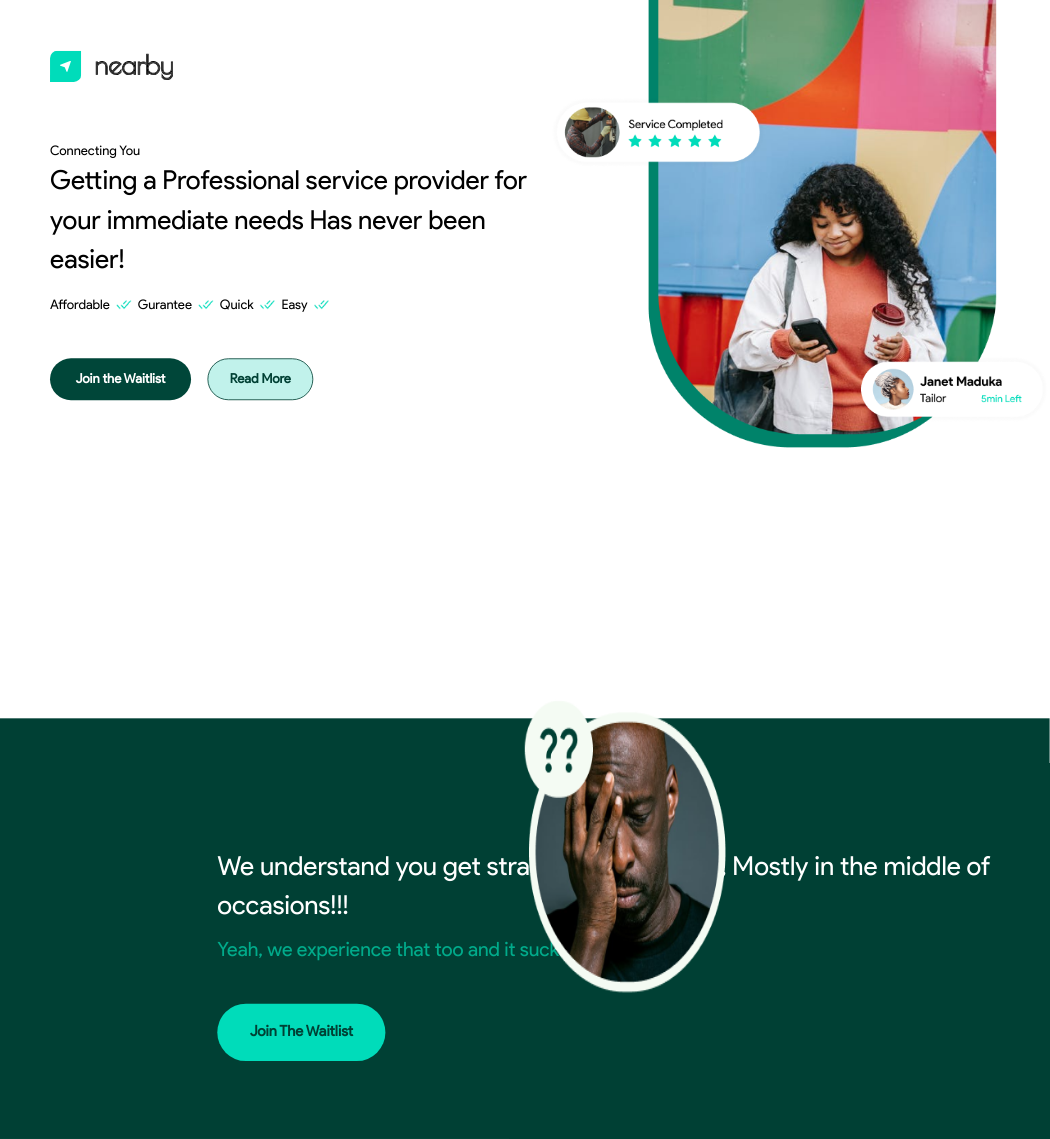
Repository: Eugene44-hub/Mearby
Page: /
The author's editor kept a copy of each file at every save. The page is drawn from the files as they stood at one save, then again after the next save.
The browser window is 1280 px wide. The pictures show the whole page, at 82% of full size.
The project was rebuilt for these pictures with package versions that can differ from the ones it lists, and the page was loaded fresh each time.

Above is the page before, as saved 2022-04-30 07:09:10.

### src/App.tsx
import React from 'react';
import Hero from './components/hero/Hero';
import Nav from './components/nav/Nav';
import LandingPage from './pages/landing/LandingPage';

function App() {
  return (
   <>
<Nav/>
<LandingPage/>
</>

);
}

export default App;

### src/components/nav/Nav.tsx
import React from 'react';
import send from '../../assets/images/send.svg';
import nearby from '../../assets/images/nearby logo.svg';
import styles from "./Nav.module.css"
const Nav = () => {
	return (
		<nav className={`md:h-auto h-[96.57px] ${styles.nav} flex`}>
			<header className="m-auto block md:hidden">
				<div className="flex justify-center">
					<img
						src={send}
						className="bg-[#00DCBA] mr-[16.79px] p-3 rounded-tl-[8.91471px] rounded-br-[8.91471px]"
						alt="send"
					/>
					<img src={nearby} alt="send" />
				</div>
			</header>
		</nav>
	);
};

export default Nav;

### src/pages/landing/LandingPage.tsx
import React from 'react'
import Hero from '../../components/hero/Hero';
import Understand from '../../components/understand/Understand';
const LandingPage = () => {
  return (
    <>

    <Hero/>
    <Understand/>
    </>
  )
}

export default LandingPage

### src/components/nav/Nav.module.css
@media screen and (max-width:768px) {
    .nav{
/* display: none; */
/* bg-[#014034] */
background-color:#014034;
}
}

### src/components/hero/Hero.tsx
import React from 'react';
import styles from './Hero.module.css';
import checked from '../../assets/images/checked.png';
import heroImg from '../../assets/images/heroImg.png';
import send from '../../assets/images/send.svg';
import nearby from '../../assets/images/nearbyDark.svg';

const Hero = () => {
	const minorText: string[] = [ 'affordable', 'gurantee', 'quick', 'easy' ];
	return (
		<section className=" md:pl-[61px]">
			<div className={`${styles.container} md:flex justify-between`}>
				<div className={`${styles.heroContainer} mb-[3rem] flex flex-wrap md:w-[50%]`}>
					<div className="md:flex w-[20%] hidden mt-[62px] items-center">
						<img
							src={send}
							className="bg-[#00DCBA] w-[100%] mr-[16.79px] p-3 rounded-tl-[8.91471px] rounded-br-[8.91471px]"
							alt="send"
						/>
						<img src={nearby} alt="send" />
					</div>

					<div className="m-auto">
						<h2 className={` ${styles.connectHead} flex items-end md:h-[95.5px]`}>Connecting You</h2>
						<p className={`text-[2rem] ${styles.connectText}`}>
							Getting a Professional service provider for your immediate needs Has never been easier!
						</p>
					</div>

					<ul className={`${styles.connectList} mt-5 flex justify-between `}>
						{minorText.map((item, index) => (
							<li key={index} className="flex items-center capitalize mr-2">
								{item} <img src={checked} className="w-[18px] ml-2" alt="checked" />
							</li>
						))}
					</ul>

					<div className="w-[100%] md:pt-[53px] md:px-0 p-5">
						<button className="bg-[#004639] font-bold w-[172px] h-[51px] text-white mr-5 rounded-[50px]">
							Join the Waitlist
						</button>
						<button className="bg-[#C1F2EB] font-bold w-[129px] h-[51px] rounded-[50px] text-[#004034] border border-[#004034] capitalize">
							read more
						</button>
					</div>
				</div>
				<div className="md:w-[50%]">
					<img src={heroImg} className={styles.heroImg} alt="" />
				</div>
			</div>
		</section>
	);
};

export default Hero;
// wKcVoY0oBaK0dDUj5
// yX2Q8nskPsN4AjVkAPMBM

### src/components/understand/Understand.tsx
import React from 'react'
import understand from "../../assets/images/understand.png"
import WaitLight from "../../components/Buttons/WaitLight"
const Understand = () => {
  return (
    <div className='bg-[#004034] px-5 pt-[9.75rem] md:flex relative mt-[20rem]'>

  <img src={understand} className="md:relative  translate-y-[-50%] left-[50%] " alt="understand" />

<div>
<div>
  <p className='text-[2rem] text-white'>
  We understand you get stranded sometimes, Mostly in the middle of occasions!!!
  </p>
  <p className='mt-3 text-[1.5rem] text-[#01AB8B] '>
  Yeah, we experience that too and it sucks and that’s why  </p>
</div>

<div className='pt-[3rem] pb-[5.938rem]'>
<WaitLight/>
</div>

</div>



    </div>
  )
}

export default Understand

### src/components/hero/Hero.module.css
.container{
height: 812px;
background-image: url(../../assets/images/mobileHero.png);
background-repeat: no-repeat;
background-position: center;
background-size: 133% 100%;
}


.heroImg{
    display: none;
    width: 100%;
}
.heroContainer{
    /* background-color: black; */
    color: white;

}
.connectHead,.connectText,.connectList{
    padding: 20px;

}
@media screen and (min-width:600px) {
    .container{
    background-image:none;
    height: auto;
}
.connectHead{
    background-color: none;
}
.heroImg{
    display: block;
}
.connectHead{
    background-color: none;
}
.heroContainer{
    /* background-color: black; */
    color: black ;
}

}

@media screen and (min-width:768px) {
    .connectHead,.connectText,.connectList{
        padding: 0px;
    }

}


@media screen and (max-width:600px){
.connectHead{
    background-color: #004034;
}

}
/* .minorTxt{
} */
/* linear-gradient(rgba(0, 64, 52, 1), rgba(0, 57, 64, 0)) */
/* linear-gradient(rgba(0, 64, 52, 1),rgba(0, 64, 52, 1)) */

### src/components/Buttons/WaitLight.tsx
import React from 'react'
import styles from "./Button.module.css"

const Wait = () => {
  return (
    <button className={`${styles.light} capitalize`}>Join the waitlist</button>

  )
}

export default Wait

### src/components/Buttons/Button.module.css
    .light {
        background-color: #00DCBA;
        color: #004034;
        width: 205px;
        font-size: 1.125rem;
    }

    .dark {
        background-color: #004639;
        color: #004034;
        font-size: "1rem";
        width: 192px;
    }

    .light,
    .dark {
        height: 70px;
        border-radius: 50px;
        font-weight: bold;
    }

Loaded but not shown: public/index.html (common file); src/index.tsx (common file); src/index.css (common file); tailwind.config.js (common file)

After the next save:
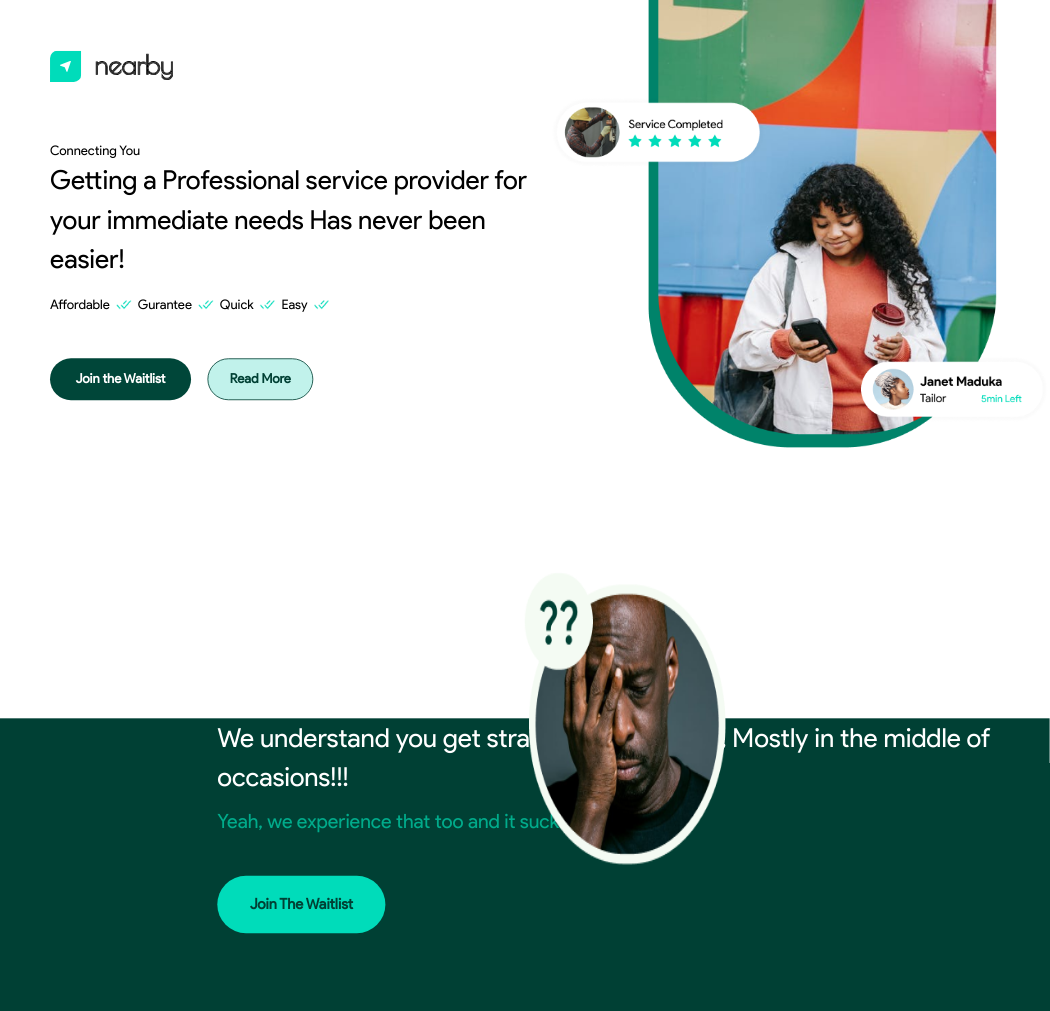
Saved 21 s later.
--- a/src/components/understand/Understand.tsx
+++ b/src/components/understand/Understand.tsx
@@ -3,7 +3,7 @@ import understand from "../../assets/images/understand.png"
 import WaitLight from "../../components/Buttons/WaitLight"
 const Understand = () => {
   return (
-    <div className='bg-[#004034] px-5 pt-[9.75rem] md:flex relative mt-[20rem]'>
+    <div className='bg-[#004034] px-5 md:flex relative mt-[20rem]'>
 
   <img src={understand} className="md:relative  translate-y-[-50%] left-[50%] " alt="understand" />
 
